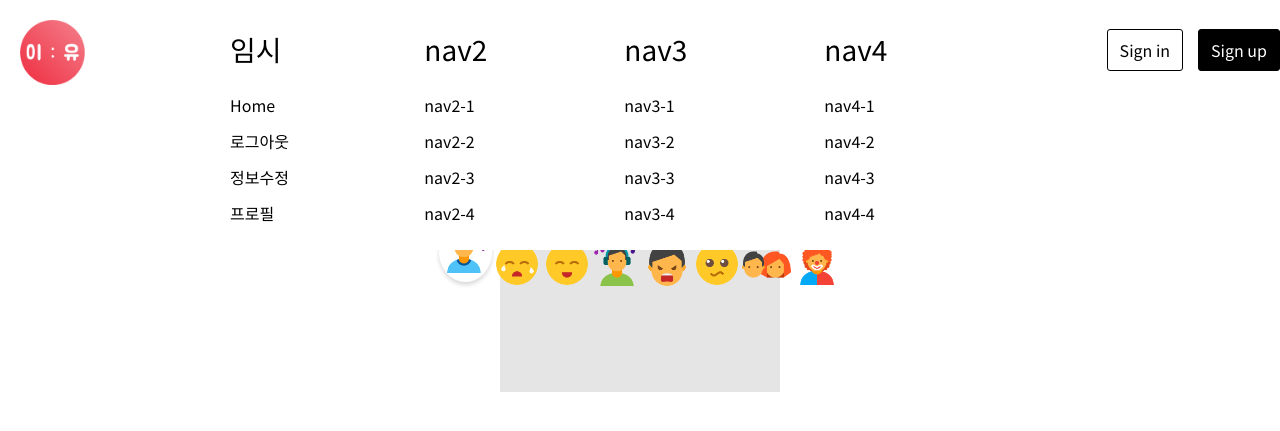
Repository: ryuwc/E_U
Page: /feeling (app in final-pjt-front/)
These files come from the project's save history. The page is drawn as it stood at one moment and after the next save; the edit follows.
The browser window is 1280 px wide. The pictures show the whole page.
The page's requests for data from a server got no answer. Some web libraries are served in a nearby version. The project was rebuilt for these pictures with package versions that can differ from the ones it lists, and the page was loaded fresh each time. No one was signed in, and anything a server would have sent is missing. Also part of the build but not shown: final-pjt-front/vue.config.js.

Above is the page before, as saved 2022-11-23 12:03:42.

### final-pjt-front/public/index.html
<!DOCTYPE html>
<html lang="">
  <head>
    <meta charset="utf-8">
    <meta http-equiv="X-UA-Compatible" content="IE=edge">
    <meta name="viewport" content="width=device-width,initial-scale=1.0">
    <link rel="icon" href="<%= BASE_URL %>favicon.ico">
    <title>이:유</title>
    <link href="https://cdn.jsdelivr.net/npm/bootstrap@5.2.0/dist/css/bootstrap.min.css" rel="stylesheet" integrity="sha384-gH2yIJqKdNHPEq0n4Mqa/HGKIhSkIHeL5AyhkYV8i59U5AR6csBvApHHNl/vI1Bx" crossorigin="anonymous">
    <link rel="preconnect" href="https://fonts.googleapis.com">
    <link rel="preconnect" href="https://fonts.gstatic.com" crossorigin>
    <link href="https://fonts.googleapis.com/css2?family=Pacifico&display=swap" rel="stylesheet">

    <!-- 온보딩 -->
    <link rel="preconnect" href="https://fonts.googleapis.com" />
    <link rel="preconnect" href="https://fonts.gstatic.com" crossorigin />
    <link href="https://fonts.googleapis.com/css2?family=Noto+Sans+KR:wght@300;400;500;700&display=swap" rel="stylesheet" />
  </head>
  <body>
    <noscript>
      <strong>We're sorry but <%= htmlWebpackPlugin.options.title %> doesn't work properly without JavaScript enabled. Please enable it to continue.</strong>
    </noscript>
    <div id="app"></div>
    <!-- built files will be auto injected -->
    <script src="https://cdn.jsdelivr.net/npm/bootstrap@5.2.0/dist/js/bootstrap.bundle.min.js" integrity="sha384-A3rJD856KowSb7dwlZdYEkO39Gagi7vIsF0jrRAoQmDKKtQBHUuLZ9AsSv4jD4Xa" crossorigin="anonymous"></script>
    <script src="https://kit.fontawesome.com/703c5975bf.js" crossorigin="anonymous"></script>
  </body>
</html>

### final-pjt-front/src/main.js
import Vue from 'vue'
import App from './App.vue'
import store from './store'
import router from './router'
import './assets/tailwind.css'

Vue.config.productionTip = false

new Vue({
  store,
  router,
  render: h => h(App)
}).$mount('#app')

### final-pjt-front/src/App.vue
<template>
  <div id="app">
    <body>
      <header id="header">
        <div class="header">

          <img src="./image/logo.png"
          style="width: 65px; height: 65px; margin-left: 20px; margin-top: 20px; margin-bottom: 20px;"
          >

          <nav>
            <ul>
              <li>
                <div class="list">
                  <h3 class="nav_text">임시</h3>
                  <div class="hidden_nav_list">
                    <a href="">
                      <router-link  to="/home"><p class="hidden_nav_list_text">Home</p></router-link>
                    </a>
                    <a href="" @click.prevent="logOut">
                      <p class="hidden_nav_list_text">로그아웃</p>
                    </a>
                    <a href="">
                      <router-link to="/edit"><p class="hidden_nav_list_text">정보수정</p></router-link>
                    </a>
                    <a href="">
                      <router-link to="/profile"><p class="hidden_nav_list_text">프로필</p></router-link>
                    </a>
                  </div>
                </div>
              </li>
              <li>
                <div class="list">
                  <h3 class="nav_text">nav2</h3>
                  <div class="hidden_nav_list">
                    <a href="">
                      <p class="hidden_nav_list_text">nav2-1</p>
                    </a>
                    <a href="">
                      <p class="hidden_nav_list_text">nav2-2</p>
                    </a>
                    <a href="">
                      <p class="hidden_nav_list_text">nav2-3</p>
                    </a>
                    <a href="">
                      <p class="hidden_nav_list_text">nav2-4</p>
                    </a>
                  </div>
                </div>
              </li>
              <li>
                <div class="list">
                  <h3 class="nav_text">nav3</h3>
                  <div class="hidden_nav_list">
                    <a href="">
                      <p class="hidden_nav_list_text">nav3-1</p>
                    </a>
                    <a href="">
                      <p class="hidden_nav_list_text">nav3-2</p>
                    </a>
                    <a href="">
                      <p class="hidden_nav_list_text">nav3-3</p>
                    </a>
                    <a href="">
                      <p class="hidden_nav_list_text">nav3-4</p>
                    </a>
                  </div>
                </div>
              </li>
              <li>
                <div class="list">
                  <h3 class="nav_text">nav4</h3>
                  <div class="hidden_nav_list">
                    <a href="">
                      <p class="hidden_nav_list_text">nav4-1</p>
                    </a>
                    <a href="">
                      <p class="hidden_nav_list_text">nav4-2</p>
                    </a>
                    <a href="">
                      <p class="hidden_nav_list_text">nav4-3</p>
                    </a>
                    <a href="">
                      <p class="hidden_nav_list_text">nav4-4</p>
                    </a>
                  </div>
                </div>
              </li>
            </ul>
          </nav>

          <div class="header_button_group">
            <router-link v-if="!isLogin" to="/login"><button class="header_button_signin" style="color: black;">Sign in</button></router-link>
            <router-link v-if="!isLogin" to="/signup"><button class="header_button_signup">Sign up</button></router-link>
          </div>
        </div>
      </header>
    </body>


    <!-- 임시로 사용한 네브바 -->
    <!-- <nav>
      <router-link  to="/home">| Home |</router-link>
      <router-link v-if="!isLogin" to="/signup">| Sign Up |</router-link>
      <router-link v-if="!isLogin" to="/login">Login |</router-link>
      <button v-if="isLogin" @click="logOut">로그아웃 |</button>
      <router-link v-if="isLogin" to="/edit">정보수정</router-link> |
      <router-link v-if="isLogin" to="/profile">Profile |</router-link>
      <router-link to="/practice">연습</router-link> |
    </nav> -->

    <router-view />
  </div>
</template>

<script>
import { mapActions, mapGetters } from 'vuex';

const moviesStore = 'moviesStore';

export default {
  name: 'App',

  data() {
    return {
      header: null,
      logo: null,
      navText: null,
      hiddenNavText: null,
      headerBtnSignin: null,
    };
  },
  methods: {
    ...mapActions('accountsStore', ['logOut']),
    ...mapActions(moviesStore, ['getMovies']),
    ...mapActions(moviesStore, ['getNowMovies']),
    getId: (id) => {
      return document.getElementById(id);
    },
    getClass: (className) => {
      return document.getElementsByClassName(className);
    },
    test() {
      return console.log(this.getId('header'));
    },
    handleHoverHeader() {
      this.header.style.backgroundColor = '#fff';
      this.header.style.height = '250px';
      // if (this.headerBtnSignin) {
      //   this.headerBtnSignin[0].style.color = '#000';
      // }
      // this.logo.src = 'https://e7.pngegg.com/pngimages/941/692/png-clipart-black-small-apple-logo-logo-material-apple-logo.png';
      Object.values(this.navText).map((text) => (text.style.color = '#000'));
      Object.values(this.hiddenNavText).map((text) => {
        text.style.display = 'block';
        text.style.color = '#000';
      });
    },
    handleLeaveHeader() {
      this.header.style.backgroundColor = 'rgba(0,0,0,0)';
      this.header.style.height = '100px';
      // if (this.headerBtnSignin) {
      //   this.headerBtnSignin[0].style.color = '#fff';
      // }
      // this.logo.src = 'https://e7.pngegg.com/pngimages/941/692/png-clipart-black-small-apple-logo-logo-material-apple-logo.png';
      Object.values(this.navText).map((text) => (text.style.color = '#fff'));
      Object.values(this.hiddenNavText).map((text) => {
        text.style.display = 'none';
        text.style.color = '#000';
      });
    },
    main: () => {
      // header = this.getId('header');
    },
  },
  computed: {
    ...mapGetters('accountsStore', ['isLogin']),
    ...mapGetters('accountsStore', ['nickname']),
  },
  created() {
    this.getMovies(), this.getNowMovies();
  },
  mounted() {
    this.header = this.getId('header');
    this.logo = this.getId('logo');
    this.navText = this.getClass('nav_text');
    this.hiddenNavText = this.getClass('hidden_nav_list_text');
    this.headerBtnSignin = this.getClass('header_button_signin');
    // console.log(this.header);
    this.header.addEventListener('mouseover', this.handleHoverHeader);
    this.header.addEventListener('mouseleave', this.handleLeaveHeader);
  },
};
</script>


<style scoped>

body {
  margin: 0;
  padding: 0;
  width: 100%;
  height: 100%;
  background-color: white;
  color: white;
  font-family: 'Noto Sans KR', sans-serif;
}

body::-webkit-scrollbar {
  display: none;
}

h1,
h2,
h3,
h4,
h5,
h6,
ul,
li,
p {
  margin: 0;
  padding: 0;
}

ul {
  display: flex;
  height: 100%;
  list-style-type: none;
  color: inherit;
}

li {
  display: flex;
  justify-content: center;
  align-items: center;
  width: 120px;
  height: 100%;
  text-align: center;
  margin-right: 80px;
}

a {
  text-decoration: none;
  color: inherit;
}

button {
  background-color: #000;
  padding: 8px 12px;
  border: 1px solid #000;
  cursor: pointer;
  border-radius: 3px;
  color: white;
  height: fit-content;
}

button:hover {
  transform: scale(1.05);
}

button:active {
  transform: scale(0.97);
}

header {
  position: absolute;
  top: 0;
  width: 100%;
  /* height: 300px; */
  height: 100px;
  transition: 0.2s ease-in-out;
  z-index: 100;
  background-color: rgba(0, 0, 0, 0);
  overflow: hidden;
}

#header {
  display: flex;
  justify-content: center;
}

.header {
  display: flex;
  justify-content: space-between;
  width: 1280px;
  height: 100px;
}

.header_wrapper {
  display: flex;
  justify-content: space-between;
  /* width: 1280px; */
}

.logo {
  display: flex;
  align-items: center;
  width: 100px;
  height: 100px;
}

.logo img {
  width: 100%;
}

.header_button_group {
  display: flex;
  align-items: center;
  height: 100%;
}

.header_button_signin {
  margin-right: 15px;
  background-color: transparent;
}

.list {
  position: relative;
}

.hidden_nav_list {
  position: absolute;
  top: 60px;
  left: 0;
  width: 120px;
  text-align: left;
}

.hidden_nav_list p {
  margin-bottom: 12px;
  cursor: pointer;
}

.section {
  position: relative;
  width: 100vw;
  height: 100vh;
  transition: all 700ms ease 0s;
}

.section_text {
  position: absolute;
  display: flex;
  justify-content: center;
  width: 100vw;
  z-index: 2;
  top: 150px;
}

.section_header {
  top: 200px;
}

.section_text div {
  width: 1280px;
}

.section_text h2 {
  font-size: 64px;
  text-shadow: 2px 2px 2px #000;
}

.img {
  position: absolute;
  width: 100%;
  height: 100vh;
}

.img img {
  width: 100%;
  height: 100vh;
}

.more_btn {
  top: unset;
  bottom: 100px;
}

.more_btn button {
  width: 200px;
  height: 40px;
  background-color: #eee;
  border: 1px solid #000;
  color: #000;
  border: none;
  box-shadow: 2px 2px 5px rgba(0, 0, 0, 0.5);
}

#section_1_title,
#section_2_title,
#section_3_title,
#section_4_title,
#section_5_title,
#section_6_title {
  opacity: 0;
  transition: 0.5s ease-in-out;
  transition-delay: 0.5s;
  margin-left: 100px;
}

#section_6_btn {
  opacity: 0;
  transition: 0.5s ease-in-out;
  transition-delay: 0.5s;
  transform: translateY(100px);
}

#section_1_title {
  margin-left: 0;
}

.balls {
  width: 10em;
  display: flex;
  flex-flow: row nowrap;
  align-items: center;
  justify-content: space-between;
}

.balls div {
  width: 3em;
  height: 3em;
  border-radius: 50%;
  background-color: #fc2f70;
  transform: translateY(-100%);
  animation: wave 3s ease-in-out alternate infinite;
}

.balls div:nth-of-type(1) {
  animation-delay: -0.4s;
}

.balls div:nth-of-type(2) {
  animation-delay: -0.2s;
}
.balls div:nth-of-type(3) {
  animation-delay: -0.1s;
}

@keyframes wave {
  from {
    transform: translateY(-50%);
  }
  to {
    transform: translateY(50%);
  }
}

</style>

### final-pjt-front/src/store/index.js
import Vue from 'vue'
import Vuex from 'vuex'
import accountsStore from './modules/accountsStore'
import moviesStore from './modules/moviesStore';
import createPersistedState from "vuex-persistedstate";
import VuexPersistence from 'vuex-persistedstate'

Vue.use(Vuex)

const vuexLocal = new VuexPersistence({
  storage: window.localStorage,
  modules: ['accountsStore'],
})

export default new Vuex.Store({
  plugins: [createPersistedState()],

  state: {
  },
  getters: {
  },
  mutations: {
  },
  actions: {
  },
  modules: {
    accountsStore: accountsStore,
    moviesStore: moviesStore,
    plugins: [vuexLocal.plugin],
  }
})

### final-pjt-front/src/router/index.js
import Vue from 'vue'
import VueRouter from 'vue-router'

Vue.use(VueRouter)

const routes = [
  {
    path: '/signup',
    name: 'SignView',
    component: () => import('../views/accounts/SignUpView.vue')
  },
  {
    path: '/login',
    name: 'LoginView',
    component: () => import('../views/accounts/LoginView.vue'),

  //   beforeEnter(to, from, next) {
  //     // 이미 로그인 되어있는 경우
  //     this.$store.getters[accountsStore + "/i"] ? next({ name: "home" }) : next();
  //     to, from, next;
  //     console.log();
  //     // if (localStorage.getItem('token')) {
  //     //   // 메인 페이지로 이동
  //     //   next({ name: 'main' });
  //     // } else {
  //     //   next();
  //     // }
  //   }
  },
  {
    path: '/edit',
    name: 'EditUserView',
    component: () => import('../views/accounts/EditUserView.vue')
  },
  {
    path: '/profile/:id',
    name: 'ProfileView',
    component: () => import('../views/accounts/ProfileView.vue')
  },
  // {
  //   path: '/',
  //   name: 'IntroPageView',
  //   component: () => import('../views/movies/IntroPageView.vue')
  // },
  {
    path: '/home',
    name: 'MovieView',
    component: () => import('../views/movies/MovieView.vue')
  },
  {
    path: '/practice',
    name: 'PracticeView',
    component: () => import('../views/accounts/PracticeView.vue')
  },
  {
    path: '/test',
    name: 'TestView',
    component: () => import('../views/accounts/TestView.vue')
  },
  {
    path: '/choice',
    name: 'ChoiceMovieView',
    component: () => import('../views/accounts/ChoiceMovieView.vue')
  },
  {
    path: '/random',
    name: 'RandomMovieView',
    component: () => import('../views/movies/RandomMovieView.vue')
  },
  {
    path: '/feeling',
    name: 'FeelingMovieView',
    component: () => import('../views/movies/FeelingMovieView.vue')
  },
  {
    path: '/movies/:id',
    name: 'MovieDetailInfoView',
    component: () => import('../views/movies/MovieDetailInfoView.vue')
  },
  {
    path: '/',
    name: 'onBoardingView',
    component: () => import('../views/onBoardingView.vue')
  },
  {
    path: '/test2',
    name: 'TestTwoView',
    component: () => import('../views/TestTwoView.vue')
  },
  {
    path: '/test3',
    name: 'TestThree',
    component: () => import('../views/testThree.vue')
  },
  {
    path: '/maintest',
    name: 'MainTest',
    component: () => import('../views/MainTest.vue')
  },
  {
    path: '*',
    name: 'NotPound404View',
    component: () => import('../views/NotPound404View.vue')
  },
]

const router = new VueRouter({
  mode: 'history',
  base: process.env.BASE_URL,
  routes
})

// 로컬스토리지에서 토큰 가져오기
// console.log(JSON.parse(localStorage.getItem("vuex")).accountsStore.token);


// // 전역 가드
// router.beforeEach((to, from, next) => {
//   // 로그인 되어 있는지 확인 (위의 방법 확인)
//   const isLogin = JSON.parse(localStorage.getItem("vuex")).accountsStore.token ? true : false;
//   // 로그인이 필요한 페이지
//   const authPages = ['EditUserView', 'profile'];
//   // 앞으로 이동할 페이지(to)가 로그인이 필요한 페이지에 속하는지 확인
//   const authRequired = authPages.includes(to.name);
//   // 로그인이 필요한 페이지에 로그인이 되어 있지 않으면 로그인 페이지로 이동
//   if (authRequired && !isLogin) {
//     next('/login');
//     // 로그인이 필요 없는 페이지에 로그인이 되어 있으면 메인 페이지로 이동
//   } else{
//     next();
//   }
// })

export default router

### final-pjt-front/src/store/modules/accountsStore.js
import axios from "axios";
import router from "@/router";

const API_URL = "http://127.0.0.1:8000";

const accountsStore = {
  namespaced: true,
  state: {
    token: "",
    user: {},
    usernames: [],
  },
  getters: {
    authHead: (state) => ({ Authorization: `Token ${state.token}` }),
    user: (state) => state.user,
    username: (state) => state.user.username,
    nickname: (state) => state.user.nickname || state.user.username,
    isLogin: (state) => state.token ? true : false,
    usernames: (state) => state.usernames,

  },
  mutations: {
    SET_TOKEN: (state, token) => ( state.token = token ),
    SET_USER: (state, user) => (state.user = user),
  },
  actions: {
    test() {
      console.log("test");
    },
    getUserInfo({ commit, getters }, username) {
      axios({
        method: "get",
        url: `${API_URL}/accounts/profile/${username}`,
        headers: getters.authHead,
      })
        .then((res) => {
          console.log(res.data);
          commit("SET_USER", res.data);
        })
        .catch((err) => {
          console.log(err);
        });
    },

    signUp({ state }, user) {
      // console.log("sign up");
      // console.log(user);
      let signUpuser = {
        username: user.username,
        nickname: user.nickname,
        password1: user.password1,
        password2: user.password2,
      };
      if (!user.nickname) {
        signUpuser = {
          username: user.username,
          password1: user.password1,
          password2: user.password2,
        };
      }
      // console.log(signUpuser);
      axios({
        method: "post",
        url: "http://127.0.0.1:8000/accounts/signup/",
        data: { ...signUpuser },
      })
        .then((res) => {
          res
          state.usernames.push(user.username);
          router.push({ name: "LoginView" });
        })
        .catch((err) => {
          console.log(err);
        });
    },
    login({ commit, dispatch }, user) {
        // console.log(user);
        axios({
          method: 'post',
          url: `${API_URL}/accounts/login/`,
          data: { ...user },
        })
        .then(res => {
          // console.log(res);
          commit('SET_TOKEN', res.data.key);
          dispatch('getUserInfo', user.username);
        })
        .catch((err) => {
          console.log(err);
        });
      },
      logOut({ commit, getters }) {
        // console.log("logout", getters.authHead);
        axios({
          method: 'post',
          url: `${API_URL}/accounts/logout/`,
          headers: getters.authHead,
        })
        .then(res => {
          console.log(res);
          commit('SET_TOKEN', '');
          commit('SET_USER', {});
        })
        .catch(err => {
          console.log(err);
        })
      },
      editUserInfo({ dispatch, commit, getters }, user) {
        // console.log(user);
        commit
        user
        const userOrigin = getters.user;
        // console.log(userOrigin);
        const userNew = { ...userOrigin, ...user };
        // console.log(userNew);
        // console.log(getters.authHead);
        axios({
          method: 'put',
          url: `${API_URL}/accounts/profile/${getters.username}/`,
          data: { ...userNew },
          headers: getters.authHead,
        })
        .then(res => {
          console.log(res);
          // commit('SET_USER', res.data);
          dispatch('getUserInfo', res.data.username);
        })
      },
      editPassword({ getters }, password) {
        // console.log(password);
        axios({
          method: 'post',
          url: `${API_URL}/accounts/password/change/`,
          headers: getters.authHead,
          data: { ...password },
        })
        .then(() => {
          alert('비밀번호 변경에 성공했습니다.');
        })
        .catch(err => {
          console.log(err);
        })
      },
  }
}

export default accountsStore

### final-pjt-front/src/views/movies/FeelingMovieView.vue
<template>
  <body style="margin-top: 7rem; top: 0;">
    <div class="menu">
      <div class="toggle" @click="toggle"><img style="margin-left: 3px; height: 50px; width: 50px;" src="data:[embedded picture, 4190 characters]"></div>
      <li style="--i:0;--clr:#fff;">
        <a href="#">
          <img style="width: 50px; height: 50px;" src="data:[embedded picture, 3262 characters]">
        </a>
      </li>
      <li style="--i:1;--clr:#fff;">
        <a href="#"><img style="width: 50px; height: 50px;" src="data:[embedded picture, 2894 characters]"></a>
      </li>
      <li style="--i:2;--clr:#fff;">
        <a href="#"><img style="width: 50px; height: 50px;" src="data:[embedded picture, 4482 characters]"></a>
      </li>
      <li style="--i:3;--clr:#fff;">
        <a href="#"><img style="width: 50px; height: 50px;" src="data:[embedded picture, 3890 characters]"></a>
      </li>
      <li style="--i:4;--clr:#fff;">
        <a href="#"><img style="width: 50px; height: 50px;" src="data:[embedded picture, 3314 characters]"></a>
      </li>
      <li style="--i:5;--clr:#fff;">
        <a href="#"><img style="width: 50px; height: 50px;" src="data:[embedded picture, 3470 characters]"></a>
      </li>
      <li style="--i:6;--clr:#fff;">
        <a href="#"><img style="width: 50px; height: 50px;" src="data:[embedded picture, 4218 characters]"></a>
      </li>
    </div>
  </body>
</template>

<script>
export default {
  name: 'FeelingMovieView',

  data() {
    return {

    };
  },

  mounted() {

  },

  methods: {
    toggle() {
      const menu = document.querySelector('.menu');
      menu.classList.toggle('active');
    }
  },
};
</script>

<style scoped>
.menu {
  position: relative;
  width: 280px;
  height: 280px;
  background: rgba(0, 0, 0, 0.1);
  display: flex;
  justify-content: center;
  align-items: center;
  margin-left: auto;
  margin-right: auto;
}

.menu .toggle {
  position: relative;
  width: 60px;
  height: 60px;
  background: #fff;
  border-radius: 50%;
  box-shadow: 0 3px 4px rgba(0, 0, 0, 0.15);
  display: flex;
  justify-content: center;
  align-items: center;
  cursor: pointer;
  transition: 1.25s;
}

.menu.active .toggle {
  transform: rotate(360deg);
  box-shadow: 0, 6px, 6px, rgba(0, 0, 0, 0.15), 0 0 0 2px #333, 0 0 0 8px #fff
}

</style>

### final-pjt-front/tailwind.config.js
/** @type {import('tailwindcss').Config} */
module.exports = {
  corePlugins: {
    preflight: false,
  },
  content: [
      './src/views/accounts/*.{vue,js,ts,jsx,tsx}',
      './src/views/movies/MovieDetailInfoView.vue',
      './src/views/NotPound404View.vue',
      './src/components/ReviewCandi1.vue',
      './src/views/TestTwoView.vue',
      // './src/components/MoviveCard.vue',
      './src/components/PosterSlider.vue',
      './src/components/MovieClip.vue',
      './src/components/MovieDetailR.vue',
    ],
  theme: {
    extend: {},
  },
  plugins: [],
}

Loaded but not shown: final-pjt-front/src/assets/tailwind.css (common file); final-pjt-front/src/store/modules/moviesStore.js (237 lines, source omitted)

After the next save:
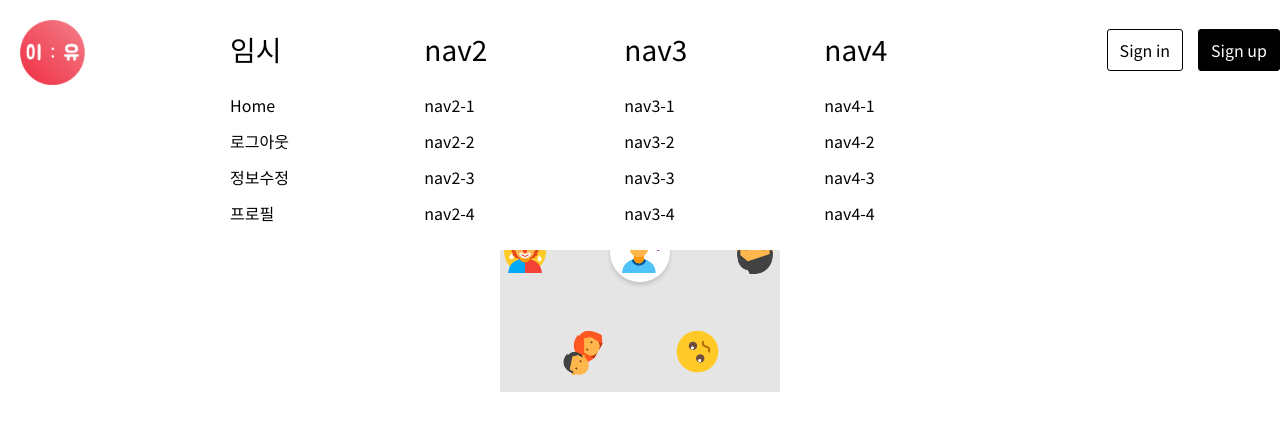
Saved 2 min 45 s later.
--- a/final-pjt-front/src/views/movies/FeelingMovieView.vue
+++ b/final-pjt-front/src/views/movies/FeelingMovieView.vue
@@ -84,4 +84,19 @@ export default {
   box-shadow: 0, 6px, 6px, rgba(0, 0, 0, 0.15), 0 0 0 2px #333, 0 0 0 8px #fff
 }
 
+.menu li {
+  position: absolute;
+  left: 0;
+  list-style: none;
+  transition: 0.5s;
+  transform: rotate(calc(360deg / 6 * var(--i)));
+  transform-origin: 140px;
+}
+
+.menu li a {
+  position: relative;
+  display: flex;
+
+}
+
 </style>
